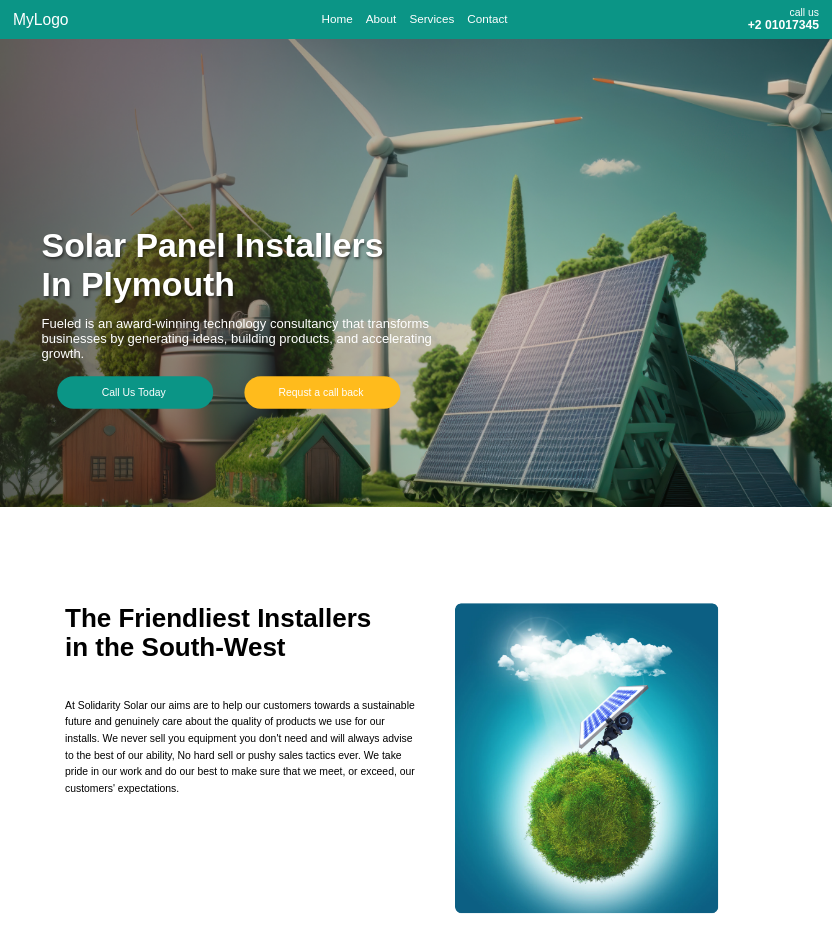
Repository: MaramNabil872/Landing-Page
Page: landingPage.html
These files come from the project's save history. The page is drawn as it stood at one moment and after a run of saves; the edit follows.
The browser window is 1280 px wide. The pictures show the whole page, at 65% of full size.

Above is the page before, as saved 2024-10-20 21:16:37.

### landingPage.html
<!DOCTYPE html>
<html lang="en">
    <head>
        <meta charset="UTF-8" />
        <meta name="viewport" content="width=device-width, initial-scale=1.0" />
        <title>Landing Page</title>
        <link rel="stylesheet" href="landingPage.css" />
    </head>
    <body>
        <nav class="navbar">
            <div class="logo">MyLogo</div>

            <ul class="nav-links">
                <li><a href="#home">Home</a></li>
                <li><a href="#about">About</a></li>
                <li><a href="#services">Services</a></li>
                <li><a href="#contact">Contact</a></li>
            </ul>
            <div class="call">
                <p>call us</p>
                <h3>+2 01017345</h3>
            </div>
        </nav>

        <div class="image-container">
            <img
                src="images/solar-panels-meadow 1.png"
                alt="Background Image"
                class="background-image"
            />
            <div class="main-text">
                <h2 class="text-wallpaper">
                    Solar Panel Installers <br />
                    In Plymouth
                </h2>
                <br />
                <p class="text-paragraph">
                    Fueled is an award-winning technology consultancy that
                    transforms <br />
                    businesses by generating ideas, building products, and
                    accelerating<br />
                    growth.
                </p>
                <div class="button-container">
                    <button class="button-wallpaper1">Call Us Today</button>
                    <button class="button-wallpaper2">
                        Requst a call back
                    </button>
                </div>
            </div>
        </div>

        <!-- first container -->

        <div class="container1">
            <div class="text-container1">
                <p class="title-container1">The Friendliest Installers <br>in the South-West</p>
                <p class="paragraph-container1">
                    At Solidarity Solar our aims are to help our customers
                    towards a sustainable future and genuinely care about the
                    quality of products we use for our installs. We never sell
                    you equipment you don't need and will always advise to the
                    best of our ability, No hard sell or pushy sales tactics
                    ever. We take pride in our work and do our best to make sure
                    that we meet, or exceed, our customers' expectations.
                </p>
            </div>
            <div class="image-container1">
                <img src="images/Rectangle 30.png" alt="solar" />
            </div>
        </div>
    </body>
</html>

### landingPage.css
* {
    margin: 0;
    padding: 0;
    box-sizing: border-box; /* Added for consistent sizing */
}

body {
    font-family: Arial, sans-serif;
}

.navbar {
    background-color: #0b9586;
    display: flex;
    justify-content: space-between;
    align-items: center;
    padding: 10px 20px;
    position: relative;
    flex-wrap: wrap; /* Allow items to wrap on smaller screens */
}

.logo {
    color: #fff;
    font-size: 24px;
}

.nav-links {
    list-style: none;
    display: flex;
    flex-wrap: wrap; /* Allow links to wrap on smaller screens */
}

.nav-links li {
    margin-left: 20px;
}

.nav-links a {
    text-decoration: none;
    color: white;
    font-size: 18px;
    transition: color 0.3s;
}

.nav-links a:hover {
    color: #f0a500;
}

.call {
    color: #fff;
    text-align: right; /* Align text to the right */
}

.image-container {
    position: relative;
    width: 100%;
    height: 100vh; /* Full screen height */
    overflow: hidden; /* Hide overflow */
}

.background-image {
    width: 100%;
    height: 100%;
    object-fit: cover; /* Ensure the image covers the entire container */
}
.main-text{
    position: absolute;
    top: 40%;
    left:5%;
}
.text-wallpaper {


    color: white;
    font-size: 52px;
    font-weight: bold;
    text-shadow: 2px 2px 4px rgba(0, 0, 0, 0.5);
}
.text-paragraph{
    color: white;
    font-size:  20px;

}
.button-container{
    display: flex;
}
.button-wallpaper1 {
    background-color: #0b9586;
    color: white;
    border: none;
    border-radius: 20em;
    padding: 0.8em 1.5em 0.8em 1.2em;
    width: 40%;
    margin: 4%;
    height: 50px;
    font-size: 16px;
    cursor: pointer;
    align-items: center;

}
.button-wallpaper2 {
    background-color:  #FFBB1C;
    ;
    color: white;
    border: none;
    border-radius: 20em;
    padding: 0.8em 1.5em 0.8em 1.2em;
    width: 40%;
    margin: 4%;
    height: 50px;
    font-size: 16px;
    cursor: pointer;
    align-items: center;

}

.container1 {
    display: flex;
    background-color: white;
    padding-top: 10%;
    border-radius: 8px;
    max-width: 1200px;
    margin: 20px auto;


}
.title-container1{
    font-size: 40px;
    font-weight: bold;


}
.text-container1 {
   flex:1;
    padding-right:5%;
padding-left: 5%;}
.paragraph-container1{
    margin-top: 10%;
    line-height: 1.6;
}
.image-container1 {
   flex:1
}

.image-container1 img {
    width: 75%;
    height: auto;
    border-radius: 8px;
}

/* Media Queries for Responsiveness */
@media (max-width: 768px) {
    .navbar {
        flex-direction: column; /* Stack items vertically */
        align-items: flex-start; /* Align items to the left */
    }

    .nav-links {
        margin-top: 10px; /* Space between navbar and links */
    }

    .nav-links li {
        margin-left: 0;
        margin-bottom: 10px; /* Space between links */
    }

    .text-overlay {
        font-size: 1.5rem; /* Smaller text size for mobile */
    }
}

@media (max-width: 480px) {
    .text-overlay {
        font-size: 1.2rem; /* Even smaller text size for very small screens */
    }

    .call h3 {
        font-size: 1.2rem; /* Adjust call size for small screens */
    }
}

After the next 3 saves:
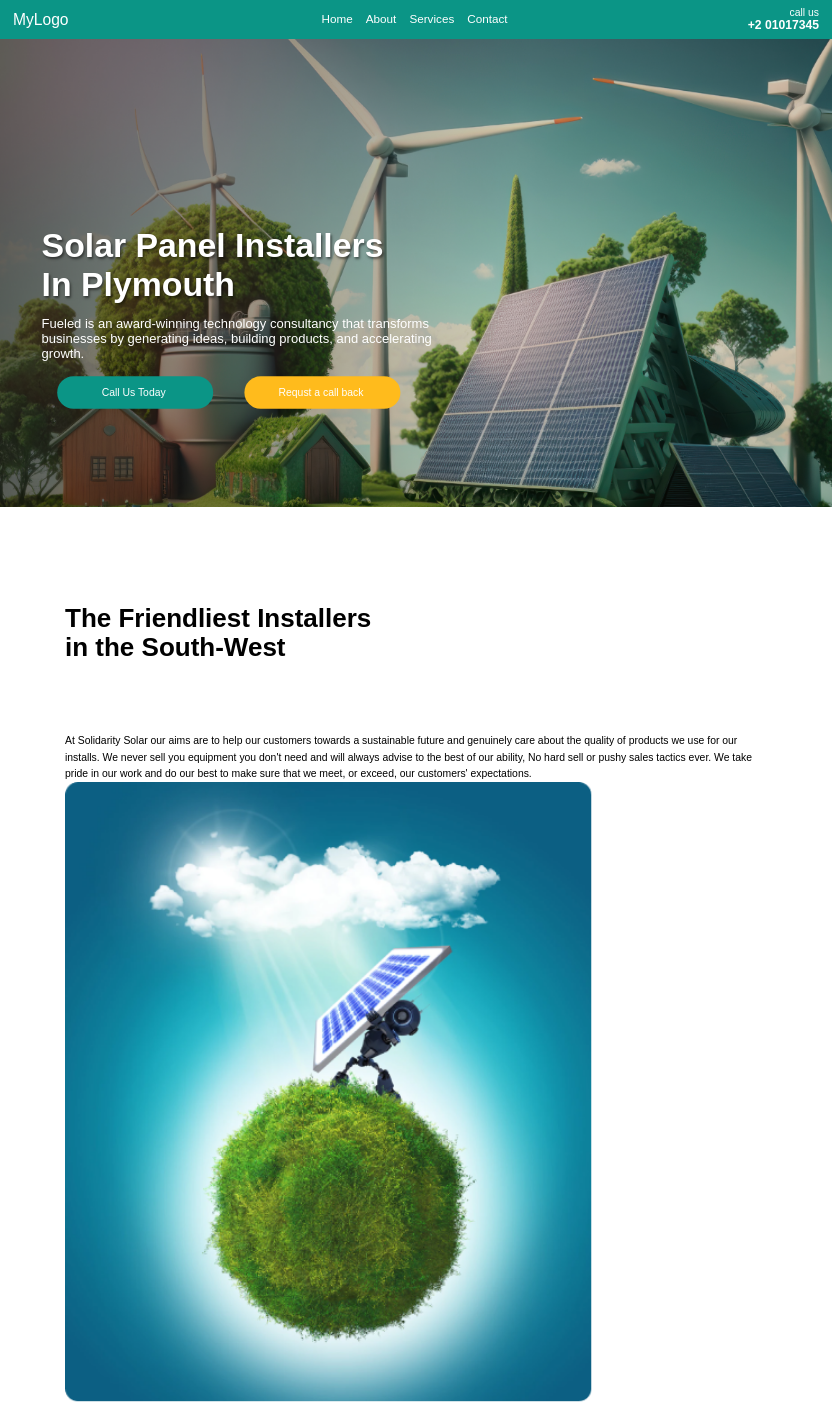
The 3 saves are shown as one change because they came seconds apart.
The last was saved 89 s later.
--- a/landingPage.html
+++ b/landingPage.html
@@ -64,6 +64,7 @@
                     ever. We take pride in our work and do our best to make sure
                     that we meet, or exceed, our customers' expectations.
                 </p>
+                <span
             </div>
             <div class="image-container1">
                 <img src="images/Rectangle 30.png" alt="solar" />

After the save that followed:
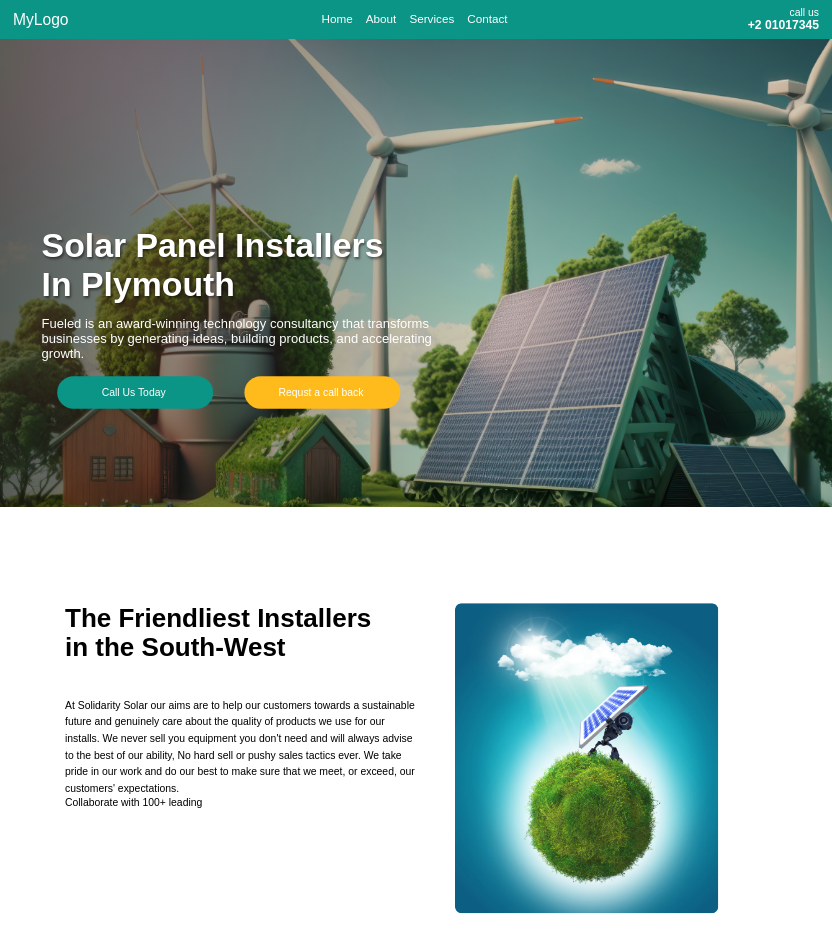
Saved 4 s later.
--- a/landingPage.html
+++ b/landingPage.html
@@ -64,7 +64,7 @@
                     ever. We take pride in our work and do our best to make sure
                     that we meet, or exceed, our customers' expectations.
                 </p>
-                <span
+                <p>Collaborate with 100+ leading</p>
             </div>
             <div class="image-container1">
                 <img src="images/Rectangle 30.png" alt="solar" />
